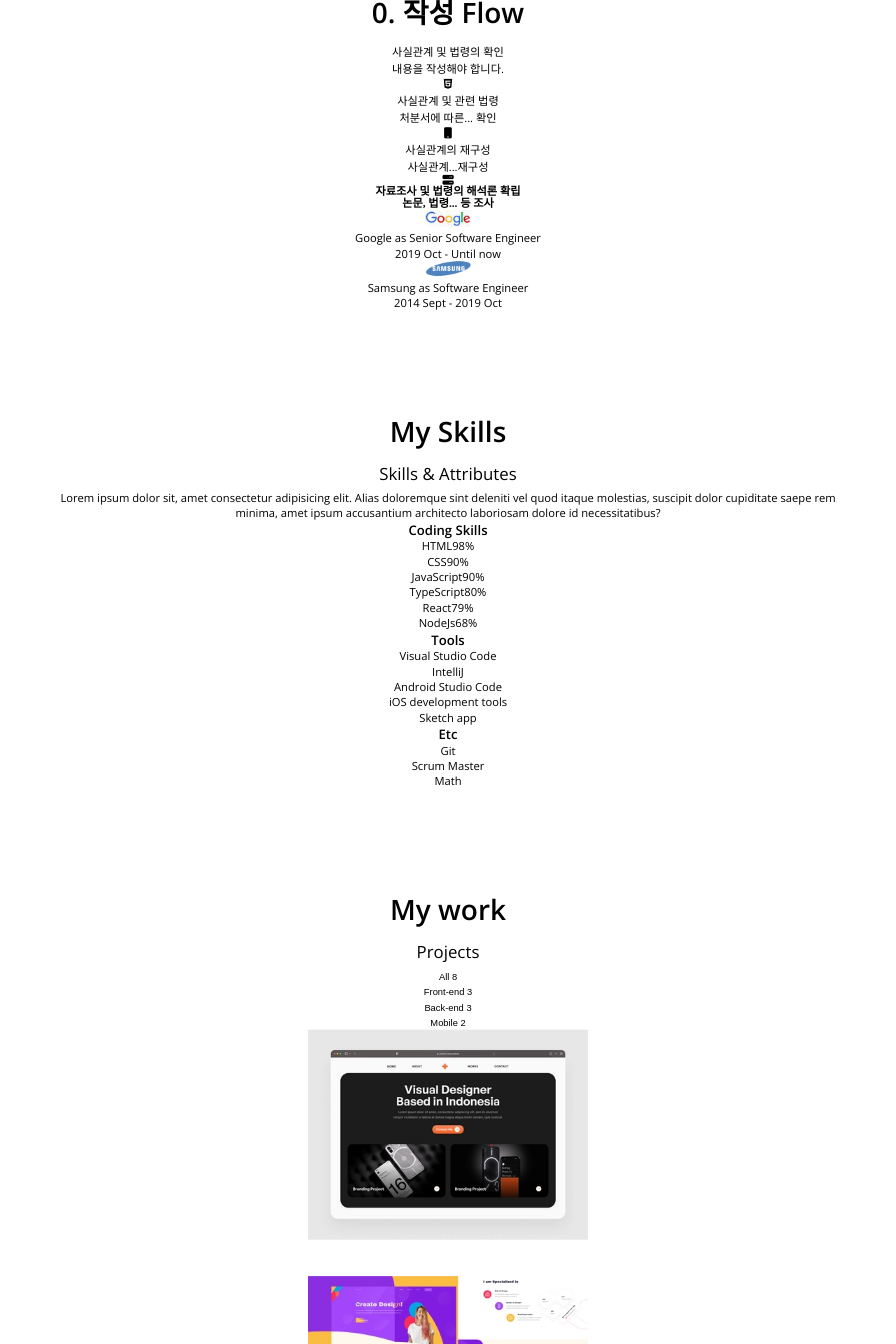
Repository: eggmoon/eggmoon_new
Page: index.html
An editor plug-in stored every save of this project. The page is shown before and after a run of saves, followed by the edit.
The browser window is 1280 px wide. The pictures show the part of the page from y = 760 to 2680 px (the page is 6783 px tall before and 6780 px after), at 70% of full size.
Some web libraries are served in a nearby version.

Above is the page before, as saved 2025-02-26 11:35:52.

After the next 2 saves:
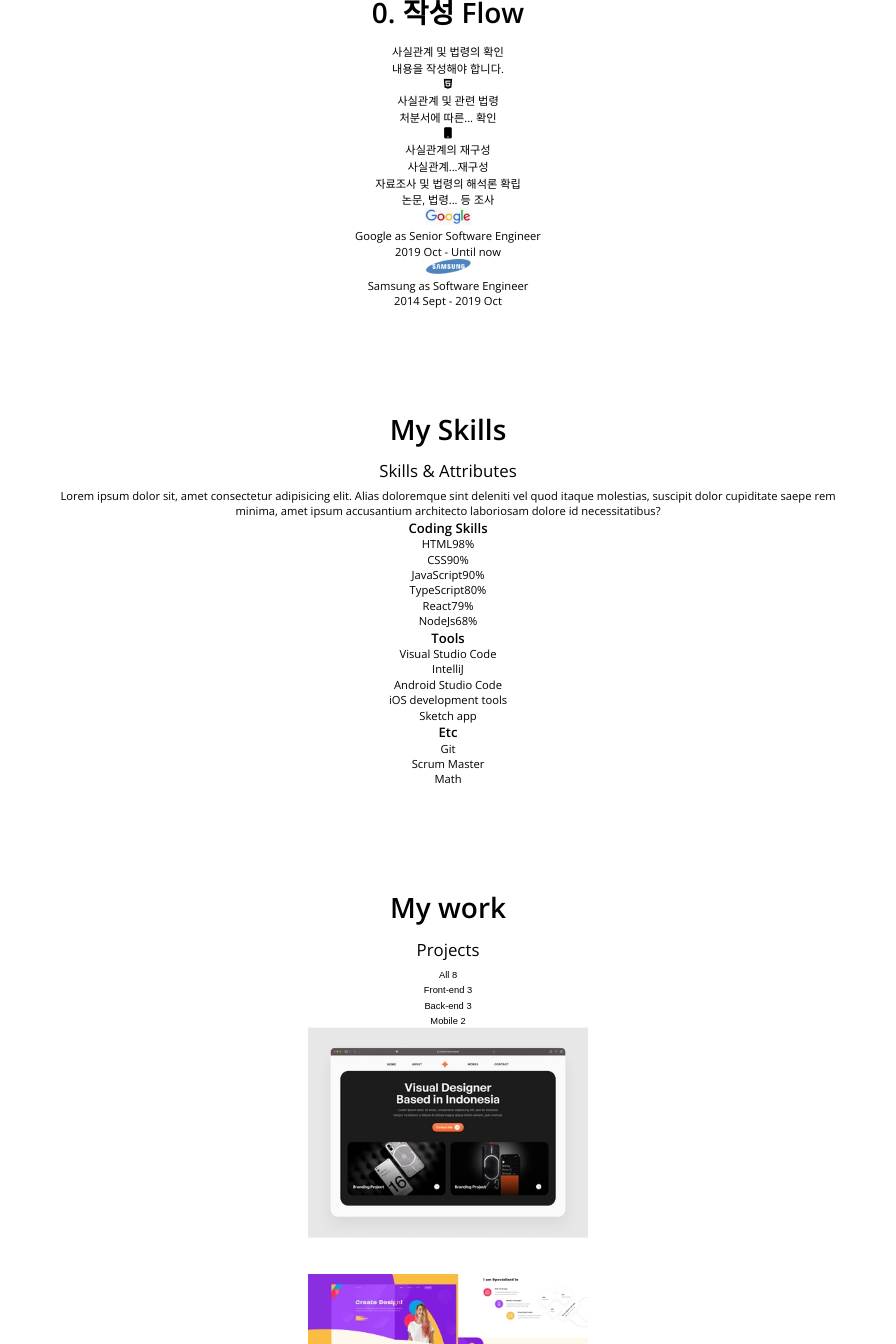
The 2 saves are shown as one change because they came seconds apart.
The last was saved 30 s later.
--- a/index.html
+++ b/index.html
@@ -70,17 +70,17 @@
         </p>
         <p>내용을 작성해야 합니다.</p>
         <ul class="about__majors">
-          <li>
+          <li class="">
             <i class="fa-brands fa-html5"></i>
             <p>사실관계 및 관련 법령</p>
             <p>처분서에 따른... 확인</p>
           </li>
-          <li>
+          <li class="">
             <i class="fa-solid fa-mobile"></i>
             <p>사실관계의 재구성</p>
             <p>사실관계...재구성</p>
           </li>
-          <li성
+          <li class=""성
             <i class="fa-solid fa-server"></i>
             <p>자료조사 및 법령의 해석론 확립</p>
             <p>논문, 법령... 등 조사</p>
